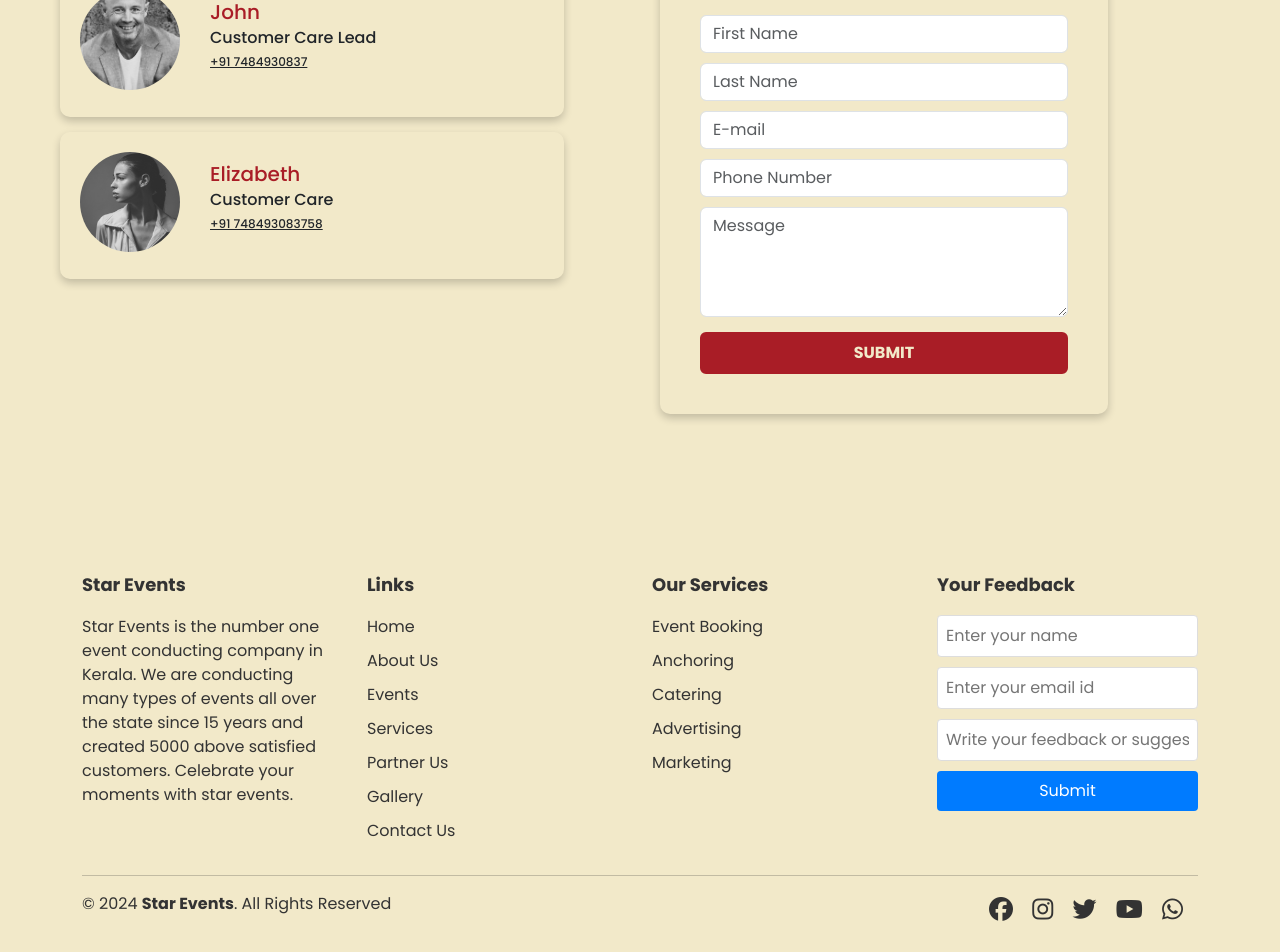
Repository: SharonSebastian32/Event-Management-System-
Page: index.html
These files come from the project's save history. The page is drawn as it stood at one moment and after the next save; the edit follows.
The browser window is 1280 px wide. The pictures show the part of the page from y = 4477 to 5429 px (the page is 5429 px tall).
A picture or video elsewhere on the page could not be fetched, so the positions and the page height are approximate. Some web libraries are served in a nearby version.

Above is the page before, as saved 2024-09-06 12:41:37.
Not found: assets/css/ContactUs.css

After the next save:
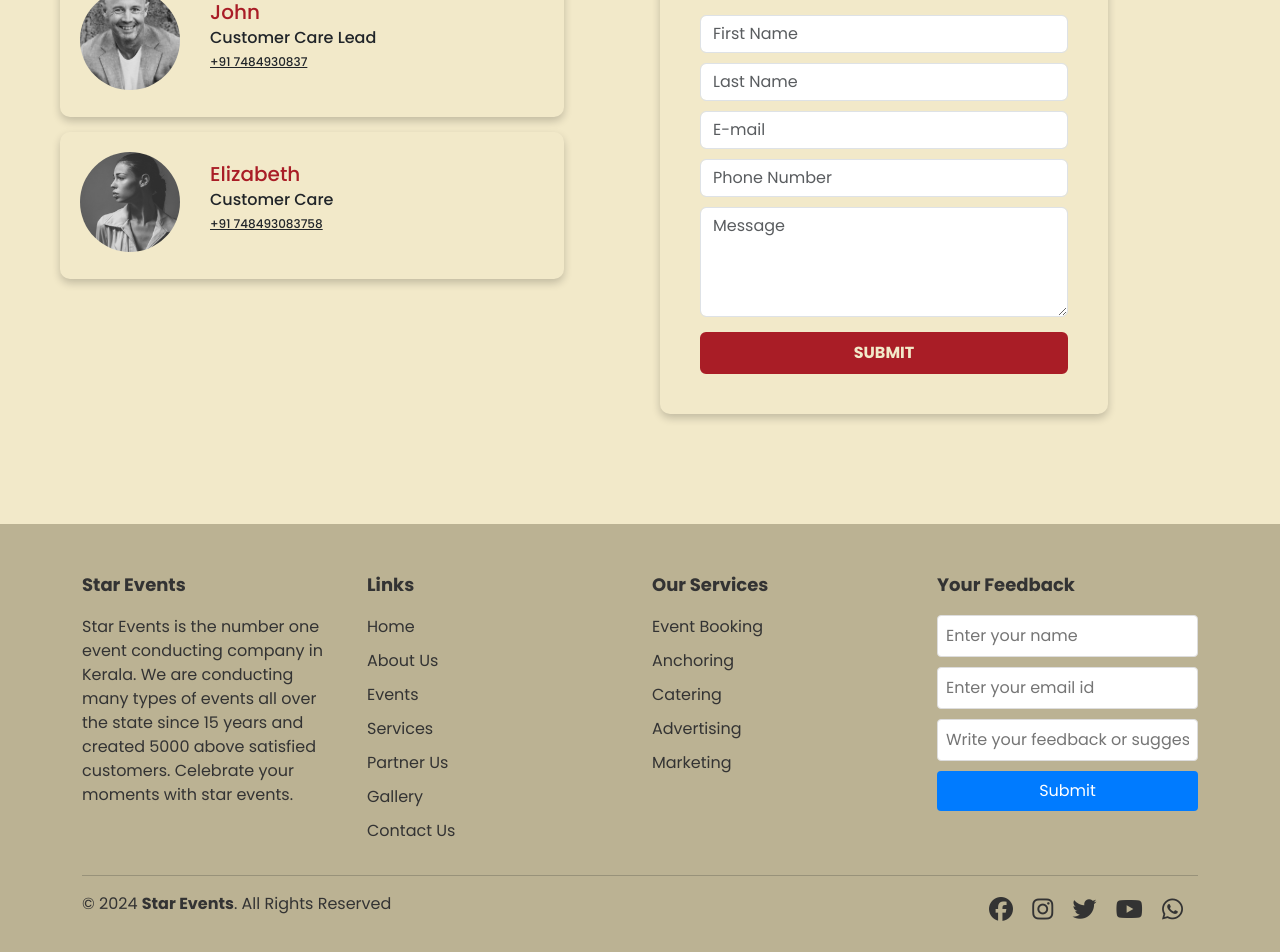
Saved 7 s later.
--- a/Css/Styles.css
+++ b/Css/Styles.css
@@ -509,7 +509,7 @@
 
    /* footer section */
            footer {
-               background-color: #f2e9c9;
+               background-color: #bbb293;
                padding: 50px 0 20px;
                color: #333;
            }
